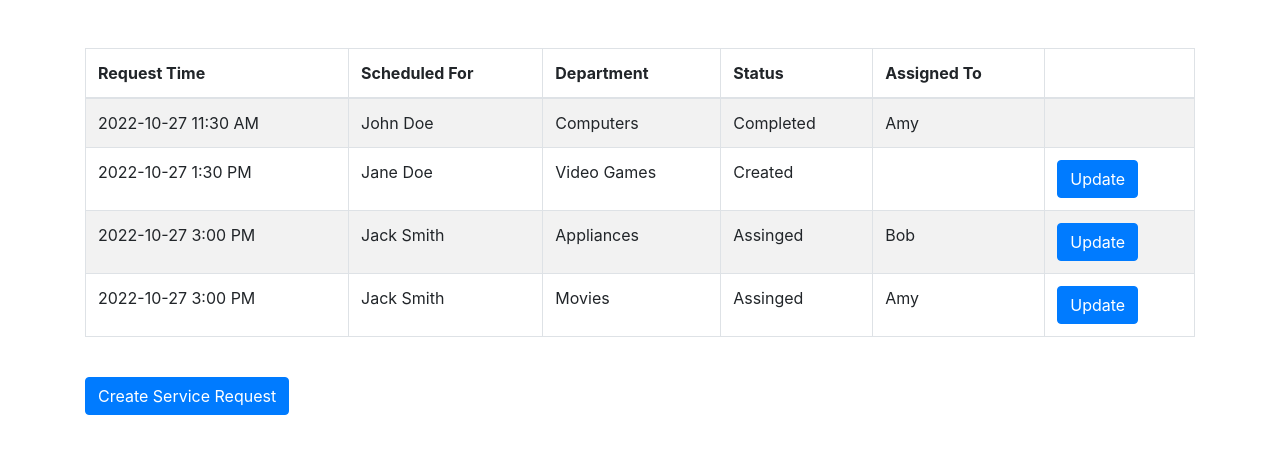
Repository: Thangtran1100/School-Stuff
Page: http://localhost/Helpdesk/DisplayRequest
The author's editor kept a copy of each file at every save. The page is drawn from the files as they stood at one save, then again after the next save.
The browser window is 1280 px wide. The pictures show the whole page.
The page is served by Tomcat 9.

Above is the page before, as saved 2023-04-04 03:15:18.

After the next save:
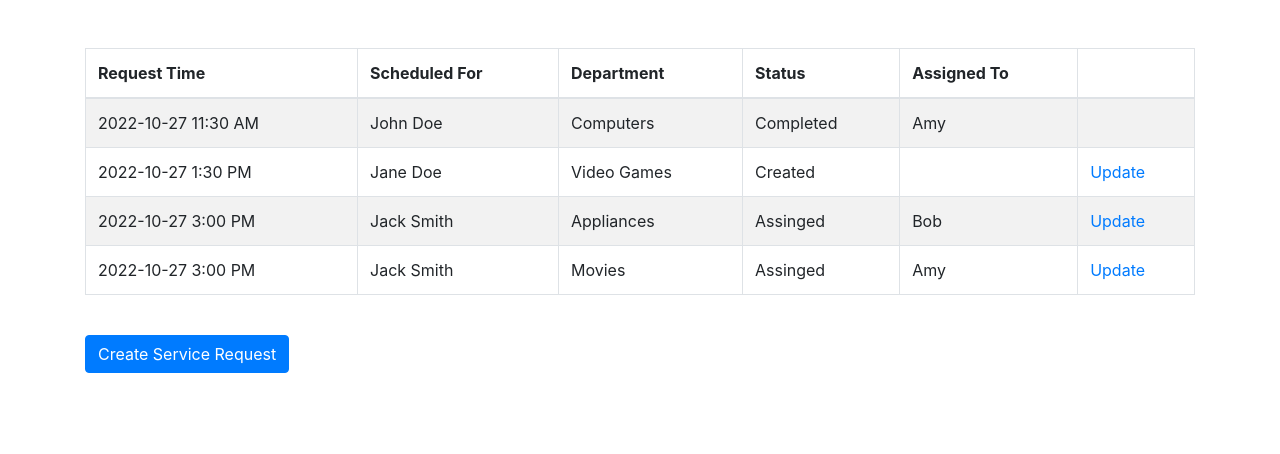
Saved 22 s later.
--- a/Spring 2023/CS3220/Assignments/3220-Midterm-App/Helpdesk/src/main/webapp/DisplayRequest.jsp
+++ b/Spring 2023/CS3220/Assignments/3220-Midterm-App/Helpdesk/src/main/webapp/DisplayRequest.jsp
@@ -48,12 +48,7 @@
 
 							<c:otherwise>
 								<td>
-									<form action="DisplayRequest" method="post">
-										<input type=hidden name="requestId"
-											value="${entry.getRequestId()}" />
-
-										<button type=submit class="btn btn-primary">Update</button>
-									</form>
+									<a href="CreatedUpdate?requestId=${entry.requestId}">Update</a>
 								</td>
 							</c:otherwise>
 
